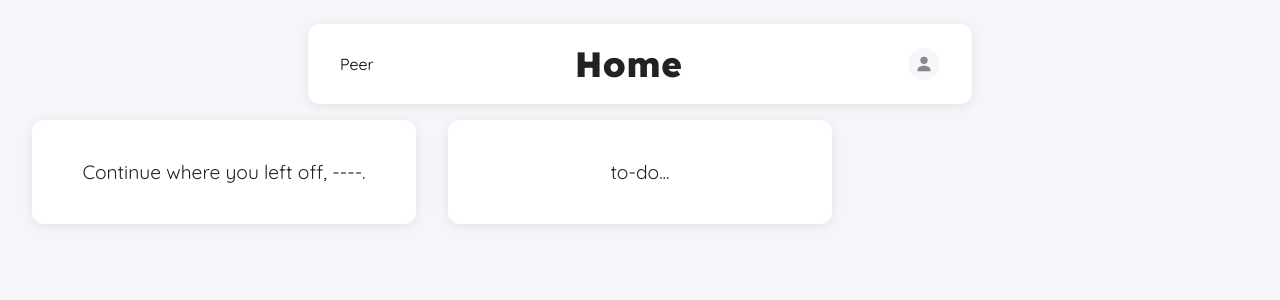
Repository: saifg123/Peer
Page: home.html
An editor plug-in stored every save of this project. The page is shown before and after the next save, followed by the edit.
The browser window is 1280 px wide. The pictures show the whole page.

Above is the page before, as saved 2025-05-24 19:58:52.

After the next save:
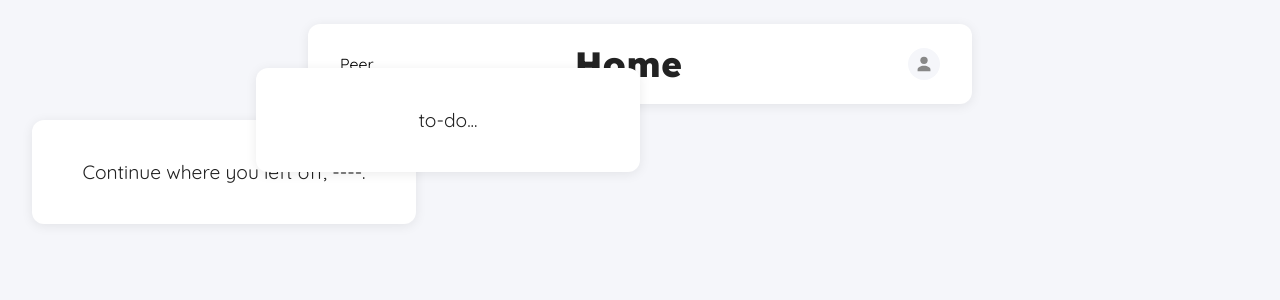
Saved 19 s later.
--- a/home.html
+++ b/home.html
@@ -115,6 +115,9 @@
             margin: 0 auto;
             text-align: center;
             position: absolute;
+            top: 50%;
+            left: 50%;
+            transform: translate(-50%, -50%);
             top: 120px;
             left: 400px;
             font-size: 1.2rem;

After the save that followed:
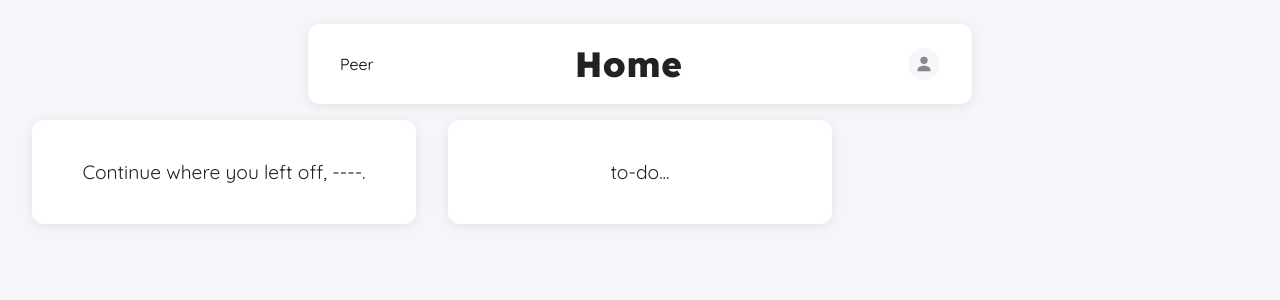
Saved 19 s later.
--- a/home.html
+++ b/home.html
@@ -111,13 +111,8 @@
             padding: 40px 32px;
             min-width: 320px;
             min-height: 24px;
-            position: static;
-            margin: 0 auto;
             text-align: center;
             position: absolute;
-            top: 50%;
-            left: 50%;
-            transform: translate(-50%, -50%);
             top: 120px;
             left: 400px;
             font-size: 1.2rem;
